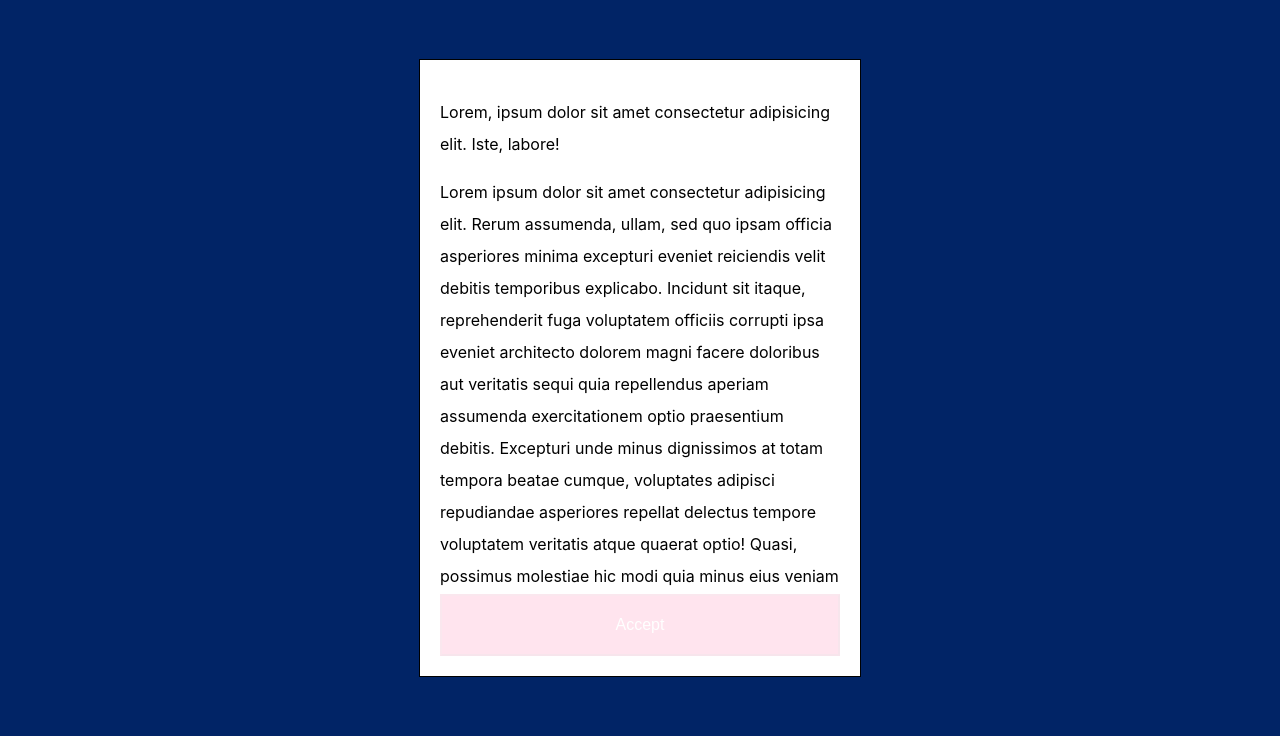
Repository: spidero7/Scroll-To-Accept-Terms
Page: index.html
These files come from the project's save history. The page is drawn as it stood at one moment and after a run of saves; the edit follows.
The browser window is 1280 px wide. The pictures show the whole page.

Above is the page before, as saved 2021-09-17 06:32:59.

After the next 2 saves:
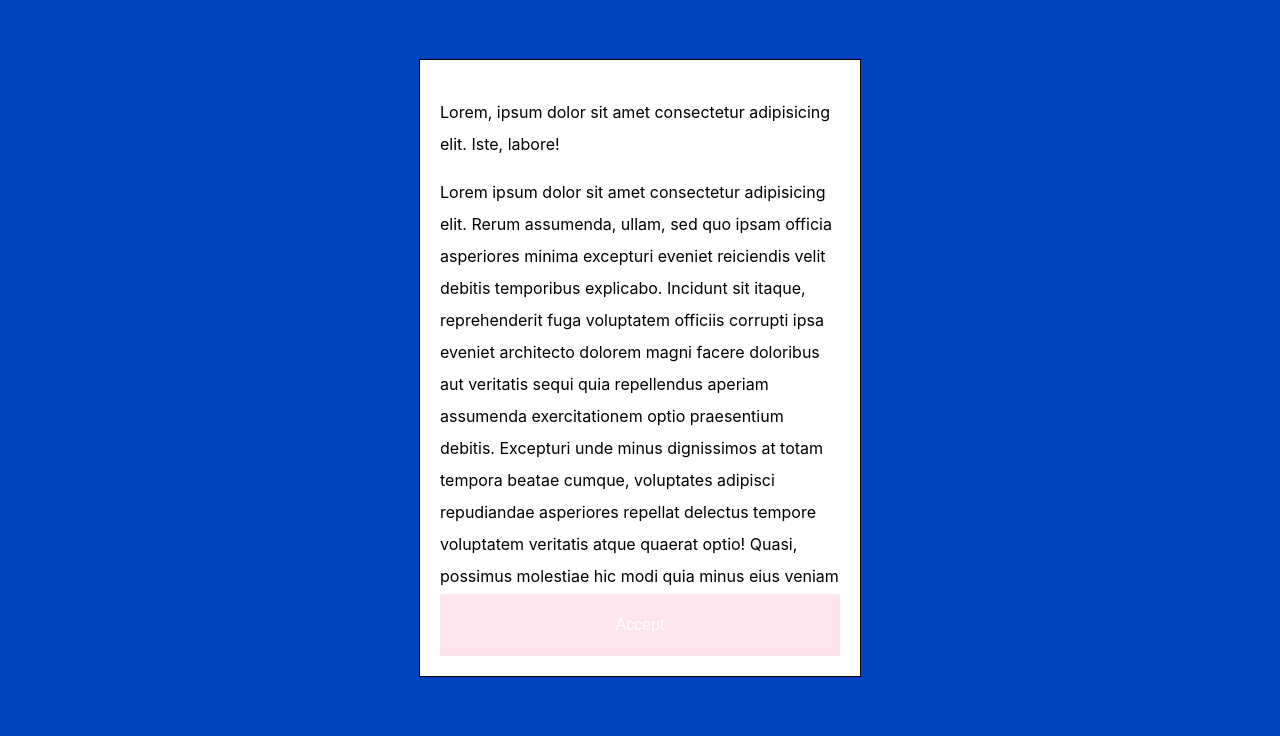
The 2 saves are shown as one change because they came seconds apart.
The last was saved 8 s later.
--- a/style.css
+++ b/style.css
@@ -5,7 +5,7 @@ body {
     align-content: center;
     font-family: -apple-system, BlinkMacSystemFont, 'Segoe UI', Roboto, Oxygen, Ubuntu, Cantarell, 'Open Sans', 'Helvetica Neue', sans-serif;
     line-height: 2;
-    background: #012466;
+    background: #0144c0;
   }
 
   .wrapper {
